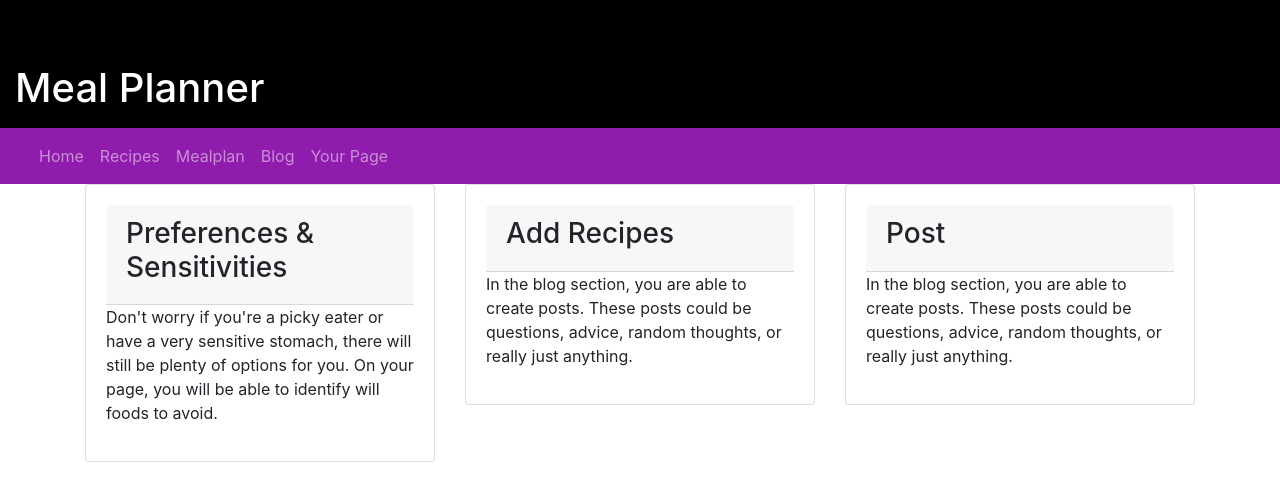
Repository: madisonisfan/mealplanner-react
Page: /
The author's editor kept a copy of each file at every save. The page is drawn from the files as they stood at one save, then again after the next save.
The browser window is 1280 px wide. The pictures show the whole page.
The project was rebuilt for these pictures with package versions that can differ from the ones it lists, and the page was loaded fresh each time.

Above is the page before, as saved 2021-04-18 13:47:55.

### src/App.js
import React, { Component } from "react";
import "./App.css";
import Main from "./components/MainComponent";
import { BrowserRouter } from "react-router-dom";

class App extends Component {
  render() {
    return (
      <BrowserRouter>
        <div className="App">
          <Main />
        </div>
      </BrowserRouter>
    );
  }
}

export default App;

### src/App.css
.jumbotron {
  height: 100px;
  margin: 0px !important;
  background-color: black !important;
  color: white;
}

.navbar {
  background-color: #901cad;
  color: white;
}

### src/components/MainComponent.js
import React, { Component } from "react";
import Home from "./HomeComponent";
import MainHeader from "./HeaderComponent";
import { Switch, Route, Redirect } from "react-router-dom";

class Main extends Component {
  constructor(props) {
    super(props);
    this.state = {};
  }

  render() {
    return (
      <div>
        <MainHeader />
        <Switch>
          <Route path="/home" component={Home} />
          <Redirect to="/home" />
        </Switch>
      </div>
    );
  }
}
export default Main;

### src/components/HomeComponent.js
import React from "react";
import {
  Card,
  CardHeader,
  CardImg,
  CardText,
  CardBody,
  CardTitle,
} from "reactstrap";

function Home(props) {
  return (
    <div className="container">
      <div className="row">
        <div className="col">
          <Card>
            <CardBody>
              <CardHeader>
                <h3>Preferences & Sensitivities</h3>
              </CardHeader>
              <p>
                Don't worry if you're a picky eater or have a very sensitive
                stomach, there will still be plenty of options for you. On your
                page, you will be able to identify will foods to avoid.
              </p>
            </CardBody>
          </Card>
        </div>
        <div className="col">
          <Card>
            <CardBody>
              <CardHeader>
                <h3>Add Recipes</h3>
              </CardHeader>
              <p>
                In the blog section, you are able to create posts. These posts
                could be questions, advice, random thoughts, or really just
                anything.
              </p>
            </CardBody>
          </Card>
        </div>
        <div className="col">
          <Card>
            <CardBody>
              <CardHeader>
                <h3>Post</h3>
              </CardHeader>
              <p>
                In the blog section, you are able to create posts. These posts
                could be questions, advice, random thoughts, or really just
                anything.
              </p>
            </CardBody>
          </Card>
        </div>
      </div>
    </div> //container
  );
}

export default Home;

### src/components/HeaderComponent.js
import React, { Component } from "react";
import {
  Jumbotron,
  Navbar,
  NavbarBrand,
  NavItem,
  NavLink,
  NavbarToggler,
  Collapse,
  Nav,
} from "reactstrap";

function MainHeader(props) {
  return (
    <React.Fragment>
      <Jumbotron fluid>
        <div className="container-fluid">
          <div className="row  align-items-center">
            <div className="col">
              <h1>Meal Planner</h1>
            </div>
          </div>
        </div>
      </Jumbotron>
      <MainNav />
    </React.Fragment>
  );
}

class MainNav extends Component {
  constructor(props) {
    super(props);
    this.state = {
      isNavOpen: true,
    };
  }
  toggleNav() {
    this.setState({ isNavOpen: !this.state.isNavOpen });
  }

  render() {
    return (
      <Navbar dark sticky="top" expand="md">
        <div className="container-fluid">
          <NavbarToggler isClick={this.toggleNav}></NavbarToggler>
          <Collapse isOpen={this.state.isNavOpen} navbar>
            <Nav navbar>
              <NavItem>
                <NavLink className="nav-link" to="/home">
                  Home
                </NavLink>
              </NavItem>
              <NavItem>
                <NavLink className="nav-link" to="/recipes">
                  Recipes
                </NavLink>
              </NavItem>
              <NavItem>
                <NavLink className="nav-link" to="/mealplan">
                  Mealplan
                </NavLink>
              </NavItem>
              <NavItem>
                <NavLink className="nav-link" to="/blog">
                  Blog
                </NavLink>
              </NavItem>
              <NavItem>
                <NavLink className="nav-link" to="/yourpage">
                  Your Page
                </NavLink>
              </NavItem>
            </Nav>
          </Collapse>
        </div>
      </Navbar>
    );
  }
}

export default MainHeader;

Loaded but not shown: public/index.html (common file); src/index.js (common file); src/index.css (common file); src/reportWebVitals.js (common file)

After the next save:
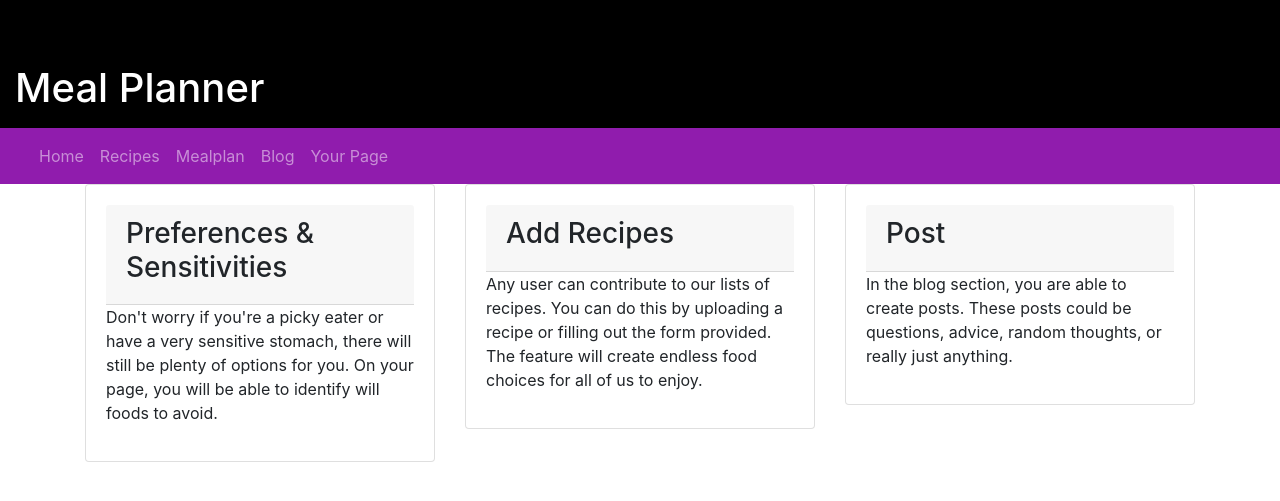
Saved 7 s later.
--- a/src/components/HomeComponent.js
+++ b/src/components/HomeComponent.js
@@ -33,9 +33,9 @@ function Home(props) {
                 <h3>Add Recipes</h3>
               </CardHeader>
               <p>
-                In the blog section, you are able to create posts. These posts
-                could be questions, advice, random thoughts, or really just
-                anything.
+                Any user can contribute to our lists of recipes. You can do this
+                by uploading a recipe or filling out the form provided. The
+                feature will create endless food choices for all of us to enjoy.
               </p>
             </CardBody>
           </Card>
